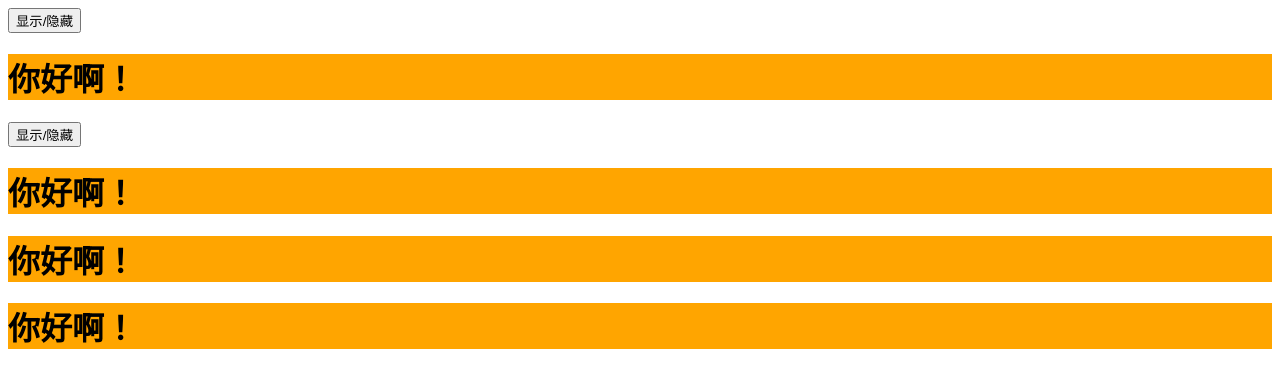
Repository: 13067902180/vue2.0study
Page: /
An editor plug-in stored every save of this project. The page is shown before and after the next save, followed by the edit.
The browser window is 1280 px wide. The pictures show the whole page.
The project was rebuilt for these pictures with package versions that can differ from the ones it lists, and the page was loaded fresh each time. Also part of the build but not shown: vue.config.js.

Above is the page before, as saved 2023-02-24 14:21:28.

After the next save:
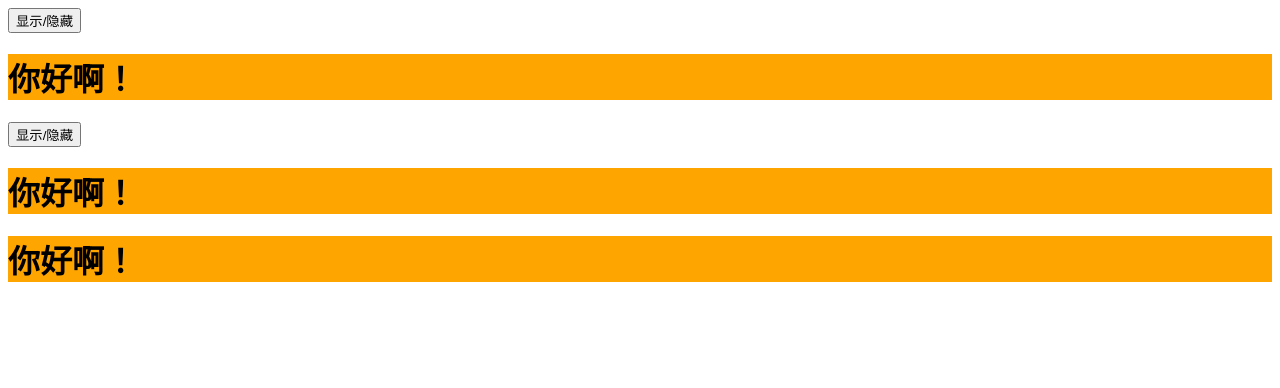
Saved 1 s later.
--- a/src/components/Test2.vue
+++ b/src/components/Test2.vue
@@ -6,7 +6,7 @@
       <h1 v-show="isShow">你好啊！</h1>
     </transition>
     <transition-group name="hello" :appear="true">
-      <h1 v-show="isShow" key="1">你好啊！</h1>
+      <h1 v-show="!isShow" key="1">你好啊！</h1>
       <h1 v-show="isShow" key="2">你好啊！</h1>
     </transition-group>
   </div>
